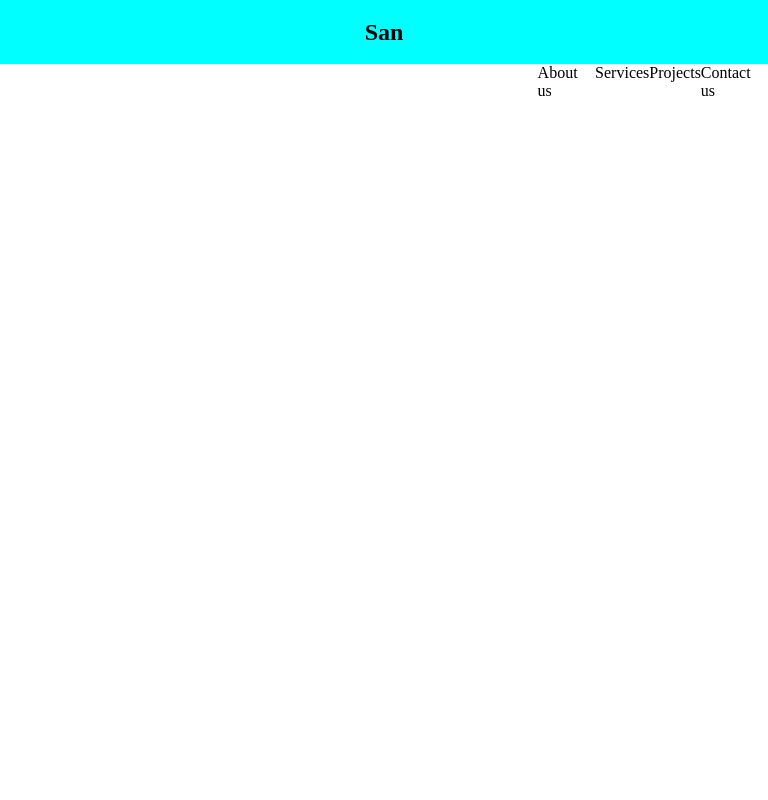
Repository: Meylis7/Sanly-Merkez-Web
Page: main.html
An editor plug-in stored every save of this project. The page is shown before and after the next save, followed by the edit.
The browser window is 768 px wide. The pictures show the whole page.

Above is the page before, as saved 2022-04-24 13:47:33.

### main.html
<!DOCTYPE html>
<html lang="en">
<head>
    <meta charset="UTF-8">
    <meta http-equiv="X-UA-Compatible" content="IE=edge">
    <meta name="viewport" content="width=device-width, initial-scale=1.0">
    <link rel="stylesheet" href="./css/main.css">
    <title>Sanly merkez</title>
</head>
<body>
    <nav>
        <div class="logo">
            <h1>San</h1>
        </div>
        <ul class="nav-links">
            <li><a href="#">About us</a></li>
            <li><a href="#">Services</a></li>
            <li><a href="#">Projects</a></li>
            <li><a href="#">Contact us</a></li>
        </ul>
        <div class="burger">
            <div class="line1"></div>
            <div class="line2"></div>
            <div class="line3"></div>
        </div>
    </nav>

</body>
</html>

### css/main.css
*{
    margin: 0;
    padding: 0;
    box-sizing: border-box;
}
nav{
    display: flex;
    justify-content: space-around;
    align-items: center;
    min-height: 8vh;
    background-color: aqua;
}
.logo{
    color: #000;
}
.nav-links{
    display: flex;
    justify-content: space-around;
    width: 30%;
}
.nav-links li{
    list-style: none;
}
.nav-links a{
    color: #000;
    text-decoration: none;
}
.burger{
    display: none;
}
.burger div{
    width: 25px;
    height: 5px;
    background-color: #000;
    margin: 5px;
}
@media screen and (max-width:768px) {
    .nav-links{
        position: absolute;
        right: 0;
        height: 92vh;
        top: 8vh;
    }
}

After the next save:
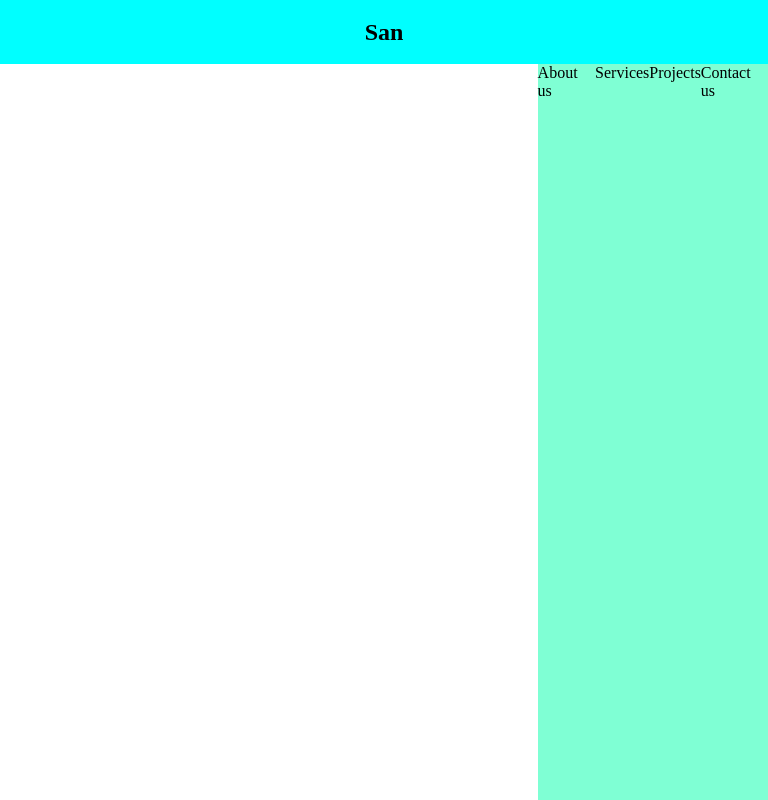
Saved 14 s later.
--- a/css/main.css
+++ b/css/main.css
@@ -40,5 +40,7 @@ nav{
         right: 0;
         height: 92vh;
         top: 8vh;
+        background-color: aquamarine;
+        display: flex;
     }
 }
